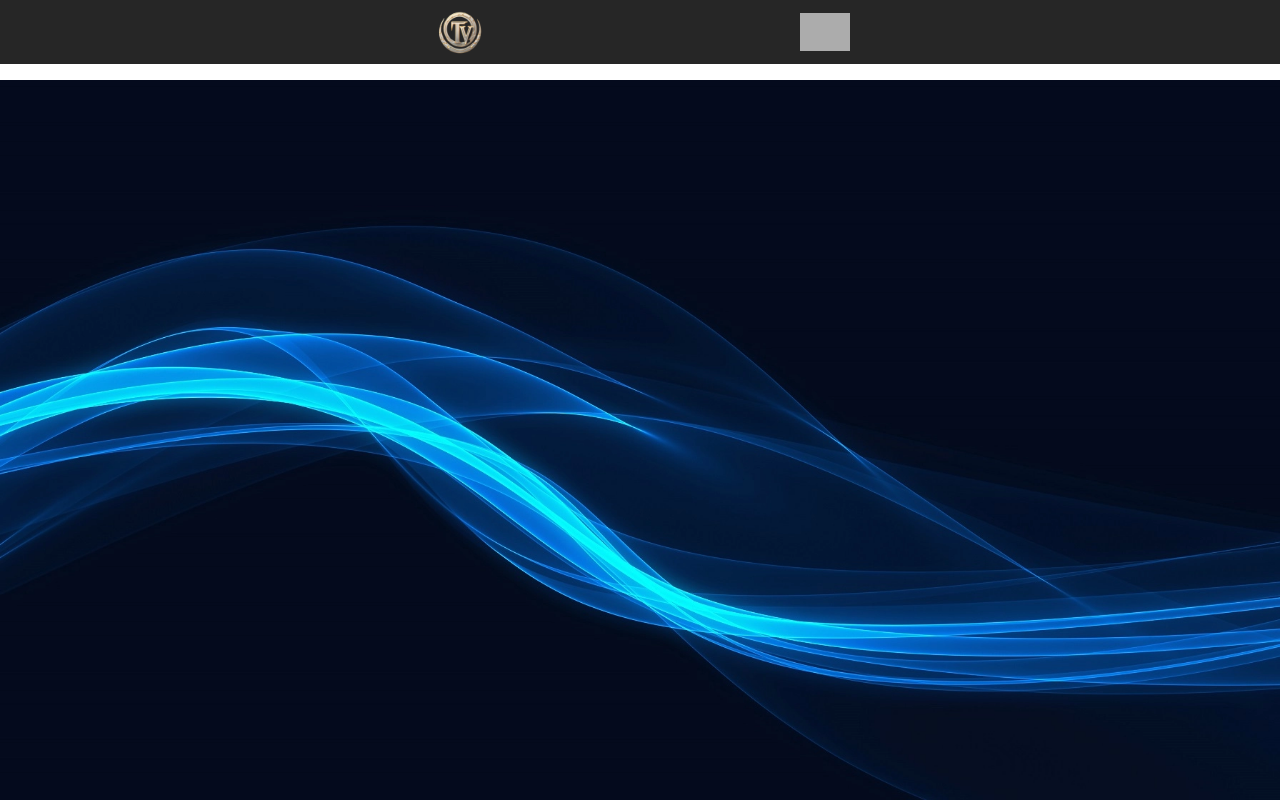
Repository: aitorcachero/clon-twitter
Page: / (app in frontend/)
An editor plug-in stored every save of this project. The page is shown before and after the next save, followed by the edit.
The browser window is 1280 px wide. The pictures show the whole page.
Pictures or frames that could not be fetched are drawn as grey boxes. The page's requests for data from a server got no answer. Backgrounds fixed to the window are drawn as part of the page. The project was rebuilt for these pictures with package versions that can differ from the ones it lists, and the page was loaded fresh each time. No one was signed in, and anything a server would have sent is missing. Also part of the build but not shown: frontend/vite.config.js, frontend/src/utils/formatDate.js, frontend/src/components/HeartLikeComponent/HeartLikeComponent.jsx, frontend/src/utils/checkTweetLikedByMe.js, frontend/src/components/CardTwitter/CardTwitter.jsx, frontend/src/pages/LoginPage/LoginPage.jsx, frontend/src/components/ButtonComponent/ButtonComponent.jsx, frontend/src/components/WriteTweet/WriteTweet.jsx and 8 more.

Above is the page before, as saved 2024-03-20 09:01:59.

After the next save:
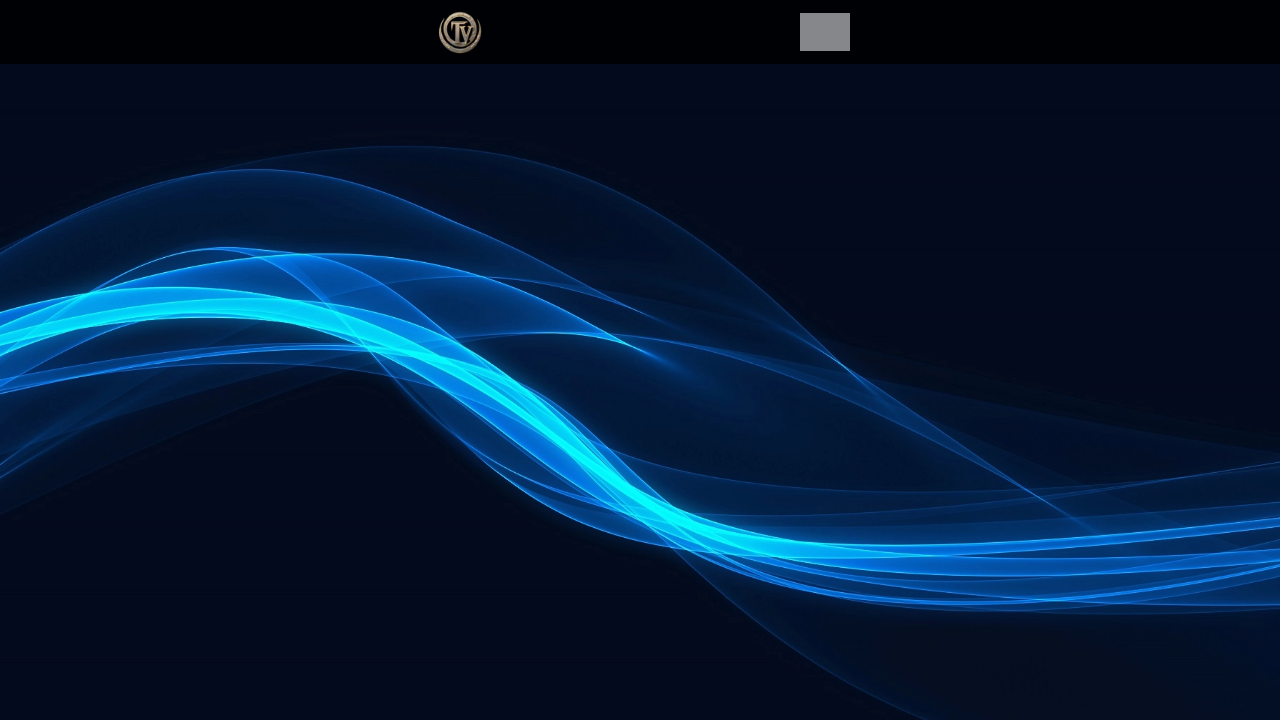
Saved 80 s later.
--- a/frontend/src/index.css
+++ b/frontend/src/index.css
@@ -31,7 +31,7 @@ a:hover {
 }
 
 body {
-  margin-top: 5rem;
+  /* margin-top: 5rem; */
   background-image: url('./assets/bg-wave.webp');
   min-height: 100vh;
 
